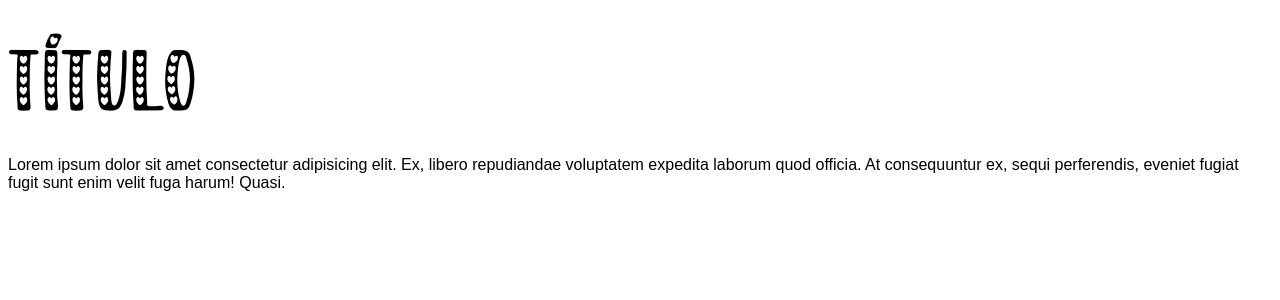
Repository: pheonix5/Estudo
Page: html-css/exercicios/ex018/font02.html
An editor plug-in stored every save of this project. The page is shown before and after the next save, followed by the edit.
The browser window is 1280 px wide. The pictures show the whole page.

Above is the page before, as saved 2023-08-13 00:02:44.

After the next save:
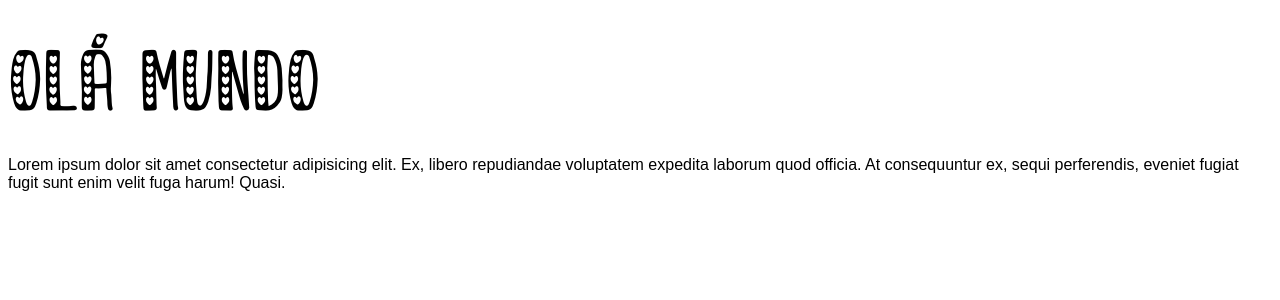
Saved 8 s later.
--- a/html-css/exercicios/ex018/font02.html
+++ b/html-css/exercicios/ex018/font02.html
@@ -32,7 +32,7 @@
   </style>
 </head>
 <body>
-  <h1>Título</h1>
+  <h1>Olá Mundo</h1>
   <p>Lorem ipsum dolor sit amet consectetur adipisicing elit. Ex, libero repudiandae voluptatem expedita laborum quod officia. At consequuntur ex, sequi perferendis, eveniet fugiat fugit sunt enim velit fuga harum! Quasi.</p>
 </body>
 </html>
